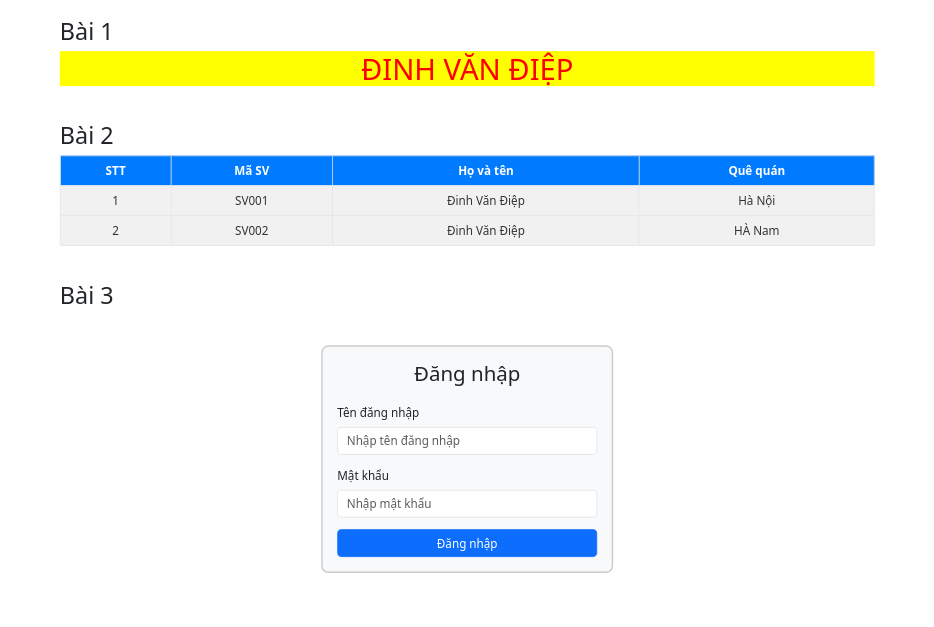
Repository: diephn/Python
Page: http://localhost/JAVA/bt.jsp
An editor plug-in stored every save of this project. The page is shown before and after the next save, followed by the edit.
The browser window is 1280 px wide. The pictures show the whole page, at 73% of full size.
The page is served by Tomcat 9.

Above is the page before, as saved 2025-05-08 04:43:47.

After the next save:
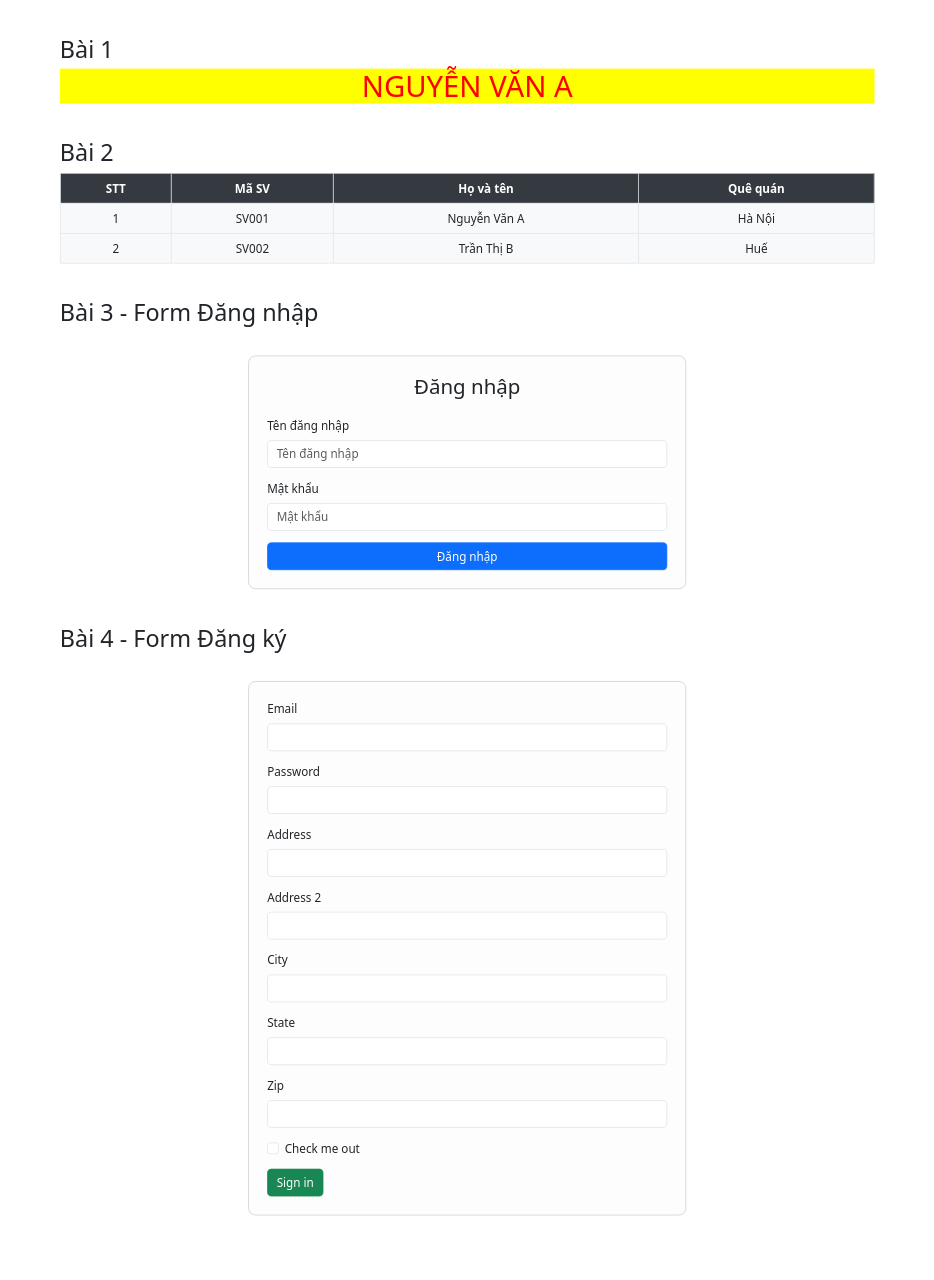
Saved 4 min 15 s later.
--- a/eclipse-workspace/JAVA/src/main/webapp/bt.jsp
+++ b/eclipse-workspace/JAVA/src/main/webapp/bt.jsp
@@ -24,32 +24,31 @@
             background-color: yellow;
         }
 
-        /* Bài 2 - thiết kế bảng */
+        /* Bài 2 */
         .table-custom th {
-            background-color: #007bff;
+            background-color: #343a40;
             color: white;
         }
         .table-custom td {
-            background-color: #f1f1f1;
-            color: #333;
+            background-color: #f8f9fa;
         }
 
-        /* Bài 3 - form đăng nhập */
-        .login-form {
-            max-width: 400px;
-            margin: 50px auto;
-            padding: 20px;
-            border: 2px solid #ccc;
+        /* Bài 3 và 4 */
+        .form-box {
+            max-width: 600px;
+            margin: 40px auto;
+            padding: 25px;
+            border: 1px solid #ccc;
             border-radius: 10px;
-            background-color: #f8f9fa;
+            background-color: #fdfdfd;
         }
     </style>
 </head>
-<body class="container py-4">
+<body class="container py-5">
 
     <!-- Bài 1 -->
     <h2>Bài 1</h2>
-    <h1 class="center-text uppercase text-red bg-yellow">Đinh Văn Điệp</h1>
+    <h1 class="center-text uppercase text-red bg-yellow">Nguyễn Văn A</h1>
 
     <!-- Bài 2 -->
     <h2 class="mt-5">Bài 2</h2>
@@ -66,32 +65,80 @@
             <tr>
                 <td>1</td>
                 <td>SV001</td>
-                <td>Đinh Văn Điệp</td>
+                <td>Nguyễn Văn A</td>
                 <td>Hà Nội</td>
             </tr>
             <tr>
                 <td>2</td>
                 <td>SV002</td>
-                <td>Đinh Văn Điệp</td>
-                <td>HÀ Nam</td>
+                <td>Trần Thị B</td>
+                <td>Huế</td>
             </tr>
         </tbody>
     </table>
 
     <!-- Bài 3 -->
-    <h2 class="mt-5">Bài 3</h2>
-    <form class="login-form">
+    <h2 class="mt-5">Bài 3 - Form Đăng nhập</h2>
+    <form class="form-box">
         <h3 class="text-center mb-4">Đăng nhập</h3>
         <div class="mb-3">
             <label for="username" class="form-label">Tên đăng nhập</label>
-            <input type="text" id="username" class="form-control" placeholder="Nhập tên đăng nhập">
+            <input type="text" id="username" class="form-control" placeholder="Tên đăng nhập">
         </div>
         <div class="mb-3">
             <label for="password" class="form-label">Mật khẩu</label>
-            <input type="password" id="password" class="form-control" placeholder="Nhập mật khẩu">
+            <input type="password" id="password" class="form-control" placeholder="Mật khẩu">
         </div>
         <button type="submit" class="btn btn-primary w-100">Đăng nhập</button>
     </form>
 
+    <!-- Bài 4 -->
+    <h2 class="mt-5">Bài 4 - Form Đăng ký</h2>
+    <form class="form-box">
+        <div class="mb-3">
+            <label for="email" class="form-label">Email</label>
+            <input type="email" class="form-control" id="email">
+        </div>
+
+        <div class="mb-3">
+            <label for="pass" class="form-label">Password</label>
+            <input type="password" class="form-control" id="pass">
+        </div>
+
+        <div class="mb-3">
+            <label for="address" class="form-label">Address</label>
+            <input type="text" class="form-control" id="address">
+        </div>
+
+        <div class="mb-3">
+            <label for="address2" class="form-label">Address 2</label>
+            <input type="text" class="form-control" id="address2">
+        </div>
+
+        <div class="mb-3">
+            <label for="city" class="form-label">City</label>
+            <input type="text" class="form-control" id="city">
+        </div>
+
+        <div class="mb-3">
+            <label for="state" class="form-label">State</label>
+            <input type="text" class="form-control" id="state">
+        </div>
+
+        <div class="mb-3">
+            <label for="zip" class="form-label">Zip</label>
+            <input type="text" class="form-control" id="zip">
+        </div>
+
+        <div class="form-check mb-3">
+            <input class="form-check-input" type="checkbox" id="checkMeOut">
+            <label class="form-check-label" for="checkMeOut">
+                Check me out
+            </label>
+        </div>
+
+        <button type="submit" class="btn btn-success">Sign in</button>
+    </form>
+
 </body>
 </html>
